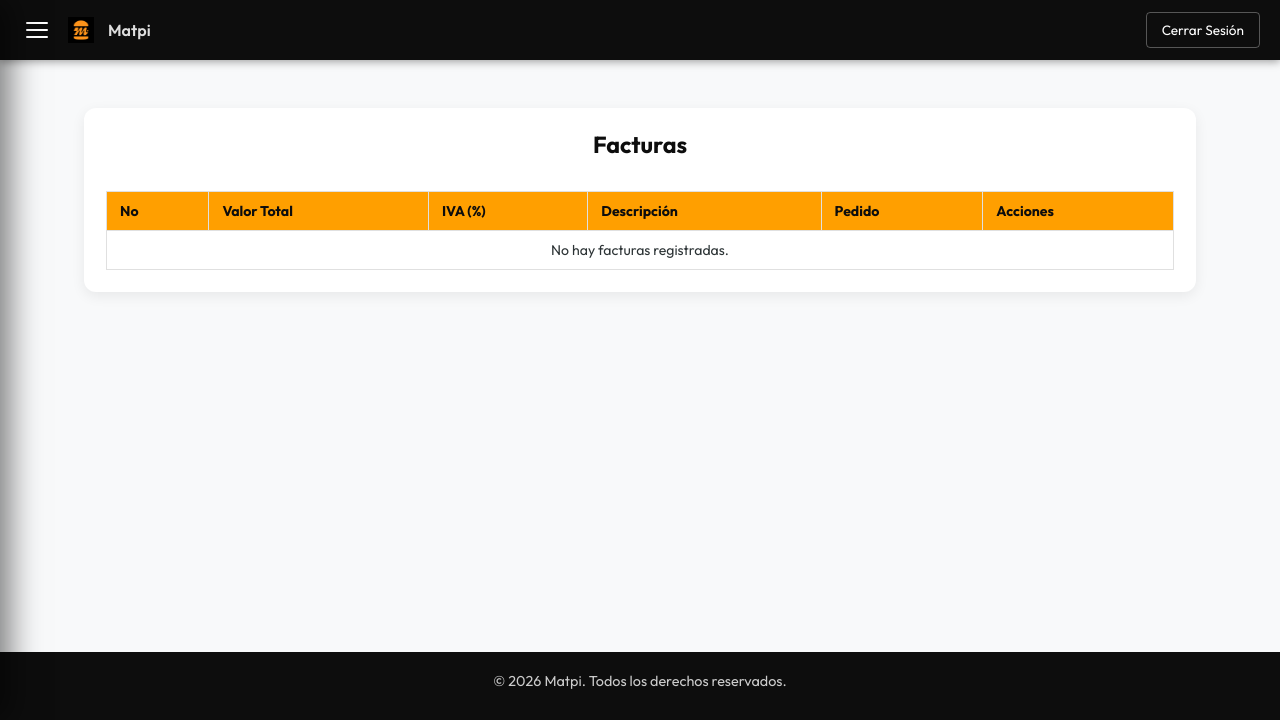
Repository: JuanFelipeNieto/MATPI-Python
Page: MATPI/facturas/templates/facturas/listar.html
The author's editor kept a copy of each file at every save. The page is drawn from the files as they stood at one save, then again after a run of saves.
The browser window is 1280 px wide. The pictures show the whole page.
The template is drawn by Django 5.2. The application's start-up code is not run. Other server files are loaded and not shown. The template is opened directly, without the code that normally fills it, so the values that code supplies are empty.

Above is the page before, as saved 2026-03-19 07:08:41.

### MATPI/facturas/templates/facturas/listar.html
{% extends 'base.html' %}

{% block title %}Facturas — Matpi{% endblock %}

{% block content %}
<div class="formulario-seccion">
    <h1>Facturas</h1>



    <div class="table-responsive">
        <table class="custom-table">
            <thead>
                <tr>
                    <th>No</th>
                    <th>Valor Total</th>
                    <th>IVA (%)</th>
                    <th>Descripción</th>
                    <th>Pedido</th>
                    <th>Acciones</th>
                </tr>
            </thead>
            <tbody>
                {% for factura in facturas %}
                <tr>
                    <td>{{ factura.id }}</td>
                    <td>${{ factura.valor_total }}</td>
                    <td>{{ factura.iva|default:"—" }}</td>
                    <td>{{ factura.descripcion|default:"—" }}</td>
                    <td>{{ factura.pedido }}</td>
                    <td class="acciones">
                        <a href="{% url 'pre_editar_factura' factura.id %}" class="btn-editar">Editar</a>
                        <a href="{% url 'eliminar_factura' factura.id %}" class="btn-danger"
                            onclick="return confirm('¿Eliminar esta factura?')">Eliminar</a>
                    </td>
                </tr>
                {% empty %}
                <tr>
                    <td colspan="6" style="text-align:center;">No hay facturas registradas.</td>
                </tr>
                {% endfor %}
            </tbody>
        </table>
    </div>
</div>
{% endblock %}

### MATPI/templates/base.html
{% load static %}
<!DOCTYPE html>
<html lang="es">

<head>
    <meta charset="UTF-8">
    <meta name="viewport" content="width=device-width, initial-scale=1.0">
    <title>{% block title %}Matpi{% endblock %}</title>
    <link rel="icon" href="{% static 'img/Favicon.png' %}">
    <link rel="preconnect" href="https://fonts.googleapis.com">
    <link rel="preconnect" href="https://fonts.gstatic.com" crossorigin>
    <link href="https://fonts.googleapis.com/css2?family=Outfit:wght@300;400;600;700&display=swap" rel="stylesheet">
    <link rel="stylesheet" href="{% static 'css/matpi.css' %}">
    {% block extra_css %}{% endblock %}
</head>

<body>

    <div class="sidebar-overlay" id="sidebarOverlay"></div>

    <aside class="sidebar" id="sidebar">
        <button class="sidebar-close-btn" id="sidebarCloseBtn" title="Cerrar menú">✕</button>

        <div class="sidebar-header">
            <a href="{% url 'dashboard' %}" class="sidebar-header-link">
                <img src="{% static 'img/Logomatpi.png' %}" alt="Matpi" class="sidebar-logo">
                <span class="sidebar-brand">Matpi</span>
            </a>
        </div>

        <nav class="sidebar-nav">
            <div class="nav-section">
                <span class="nav-section-label">General</span>
                <a href="{% url 'dashboard' %}" class="sidebar-link" title="Dashboard">
                    <span class="sidebar-icon">🏠</span>
                    <span class="sidebar-label">Dashboard</span>
                </a>
            </div>

            <div class="nav-section">
                <span class="nav-section-label">Operaciones</span>
                <a href="{% url 'listar_pedidos' %}" class="sidebar-link" title="Pedidos">
                    <span class="sidebar-icon">📋</span>
                    <span class="sidebar-label">Pedidos</span>
                </a>
                <a href="{% url 'listar_facturas' %}" class="sidebar-link" title="Facturas">
                    <span class="sidebar-icon">💰</span>
                    <span class="sidebar-label">Facturas</span>
                </a>
                <a href="{% url 'listar_reservas' %}" class="sidebar-link" title="Reservas">
                    <span class="sidebar-icon">🪑</span>
                    <span class="sidebar-label">Reservas</span>
                </a>
                <a href="{% url 'listar_clientes' %}" class="sidebar-link" title="Clientes">
                    <span class="sidebar-icon">👥</span>
                    <span class="sidebar-label">Clientes</span>
                </a>
            </div>

            <div class="nav-section">
                <span class="nav-section-label">Inventario</span>
                <a href="{% url 'listar_productos' %}" class="sidebar-link" title="Productos">
                    <span class="sidebar-icon">🍔</span>
                    <span class="sidebar-label">Productos</span>
                </a>
                <a href="{% url 'listar_materia_prima' %}" class="sidebar-link" title="Materia Prima">
                    <span class="sidebar-icon">🥬</span>
                    <span class="sidebar-label">Materia Prima</span>
                </a>
                <a href="{% url 'listar_proveedores' %}" class="sidebar-link" title="Proveedores">
                    <span class="sidebar-icon">🚚</span>
                    <span class="sidebar-label">Proveedores</span>
                </a>
            </div>

            {% if es_admin %}
            <div class="nav-section">
                <span class="nav-section-label">Administración</span>
                <a href="{% url 'listar_usuarios' %}" class="sidebar-link" title="Gestión de Cajeros">
                    <span class="sidebar-icon">👤</span>
                    <span class="sidebar-label">Cajeros</span>
                </a>
            </div>
            {% endif %}

        </nav>

        <a href="{% url 'ver_perfil' request.session.usuario_id %}" class="sidebar-footer" title="Mi Perfil">
            <div class="user-avatar-mini" style="width: 35px; height: 35px; background: var(--primary); border-radius: 10px; display: flex; align-items: center; justify-content: center; font-size: 1.2rem; color: var(--black); font-weight: bold; flex-shrink: 0;">
                👤
            </div>
            <div class="sidebar-label" style="overflow: hidden; text-overflow: ellipsis; white-space: nowrap;">
                <span style="display: block; color: var(--white); font-weight: 600;">{{ request.session.usuario_nombre|default:"Usuario" }}</span>
                <small style="font-size: 0.65rem; color: var(--primary); font-weight: 800; text-transform: uppercase;">
                    {% if es_admin %}ADMINISTRADOR{% else %}CAJERO{% endif %}
                </small>
            </div>
        </a>
    </aside>

    <div class="page-wrapper" id="pageWrapper">
        <header class="topbar">
            <button class="topbar-menu-btn" id="topbarMenuBtn" title="Abrir menú">
                <span class="hamburger-line"></span>
                <span class="hamburger-line"></span>
                <span class="hamburger-line"></span>
            </button>
            <a href="{% url 'dashboard' %}" class="topbar-logo-link">
                <img src="{% static 'img/Logomatpi.png' %}" alt="Matpi" class="topbar-logo">
            </a>
            <span class="topbar-title">Matpi</span>

            <a href="{% url 'logout' %}" class="logout-btn" style="margin-left: auto; color: white; text-decoration: none; padding: 8px 15px; font-size: 0.85em; border: 1px solid rgba(255,255,255,0.3); border-radius: 4px;" onclick="return confirm('¿Estás seguro de que deseas cerrar sesión?');">Cerrar Sesión</a>
        </header>

        <main>
            {% if messages %}
                <div class="messages-container" style="padding: 15px 20px 0 20px;">
                    {% for message in messages %}
                        <div class="alert alert-{{ message.tags }}"
                             style="padding: 12px; margin-bottom: 10px; border-radius: 6px; border-left: 5px solid
                                    {% if message.tags == 'error' %} #721c24; background-color: #f8d7da; color: #721c24;
                                    {% elif message.tags == 'success' %} #155724; background-color: #d4edda; color: #155724;
                                    {% else %} #856404; background-color: #fff3cd; color: #856404; {% endif %}">
                            {{ message }}
                        </div>
                    {% endfor %}
                </div>
            {% endif %}

            <div class="content-body" style="padding: 20px;">
                {% block content %}{% endblock %}
            </div>
        </main>

        <footer>
            <p>© 2026 Matpi. Todos los derechos reservados.</p>

        </footer>
    </div>

    <script>
        (function () {
            const sidebar = document.getElementById('sidebar');
            const overlay = document.getElementById('sidebarOverlay');
            const openBtn = document.getElementById('topbarMenuBtn');
            const closeBtn = document.getElementById('sidebarCloseBtn');

            function openSidebar() {
                sidebar.classList.add('open');
                overlay.classList.add('active');
                document.body.classList.add('sidebar-open');
            }

            function closeSidebar() {
                sidebar.classList.remove('open');
                overlay.classList.remove('active');
                document.body.classList.remove('sidebar-open');
            }

            openBtn.addEventListener('click', openSidebar);
            closeBtn.addEventListener('click', closeSidebar);
            overlay.addEventListener('click', closeSidebar);

            // Resaltar link activo
            const currentPath = window.location.pathname;
            document.querySelectorAll('.sidebar-link').forEach(function (link) {
                const href = link.getAttribute('href');
                // Si estamos en la raíz del dashboard o en una sub-url del módulo
                if (href === currentPath || (href !== '/' && currentPath.startsWith(href))) {
                    link.classList.add('active');
                }
            });
        })();
    </script>

</body>
</html>

Loaded but not shown: MATPI/static/css/matpi.css (795 lines, source omitted)

After the next 2 saves:
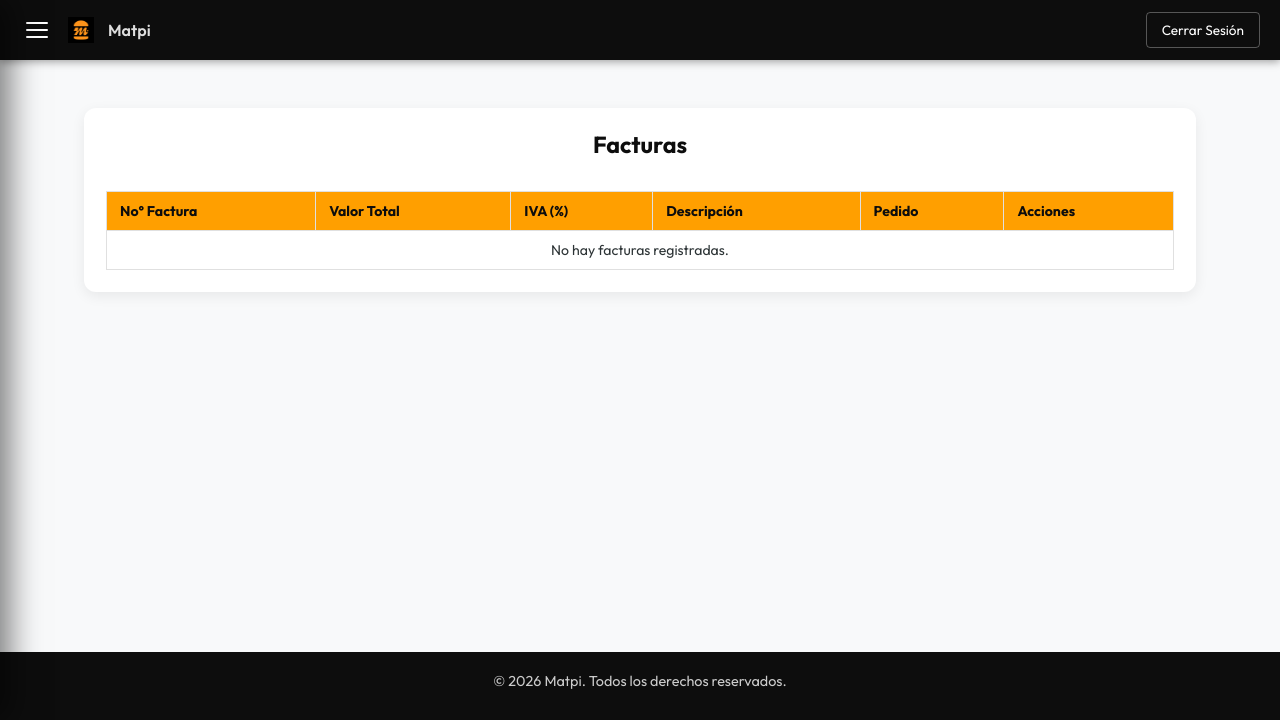
The 2 saves are shown as one change because they came seconds apart.
The last was saved 7 s later.
--- a/MATPI/facturas/templates/facturas/listar.html
+++ b/MATPI/facturas/templates/facturas/listar.html
@@ -12,7 +12,7 @@
         <table class="custom-table">
             <thead>
                 <tr>
-                    <th>No</th>
+                    <th>No° Factura</th>
                     <th>Valor Total</th>
                     <th>IVA (%)</th>
                     <th>Descripción</th>
